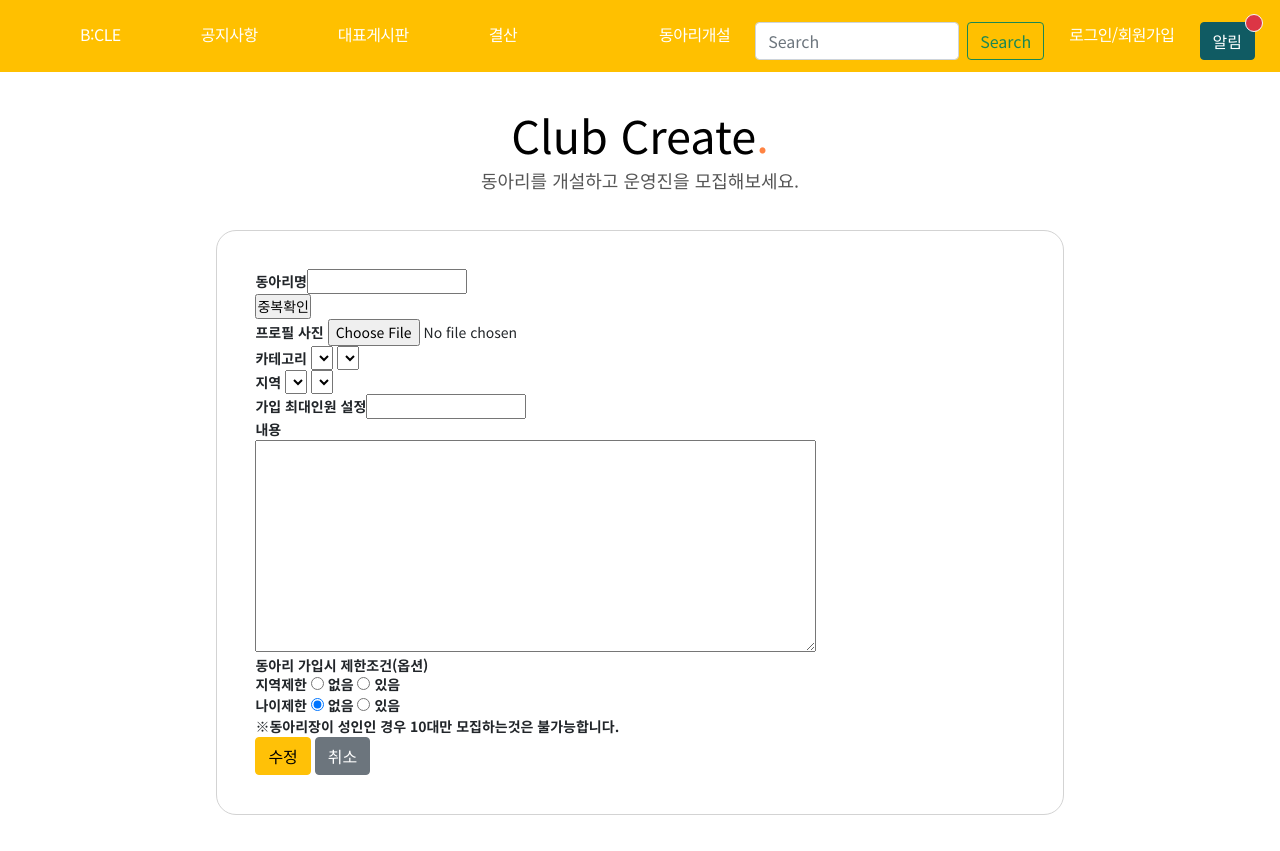
Repository: CHAEYUN7074/SpringProject
Page: http://localhost/viewpages/WEB-INF/view/PreClubUpdateForm.jsp
The author's editor kept a copy of each file at every save. The page is drawn from the files as they stood at one save, then again after the next save.
The browser window is 1280 px wide. The pictures show the whole page.
Some web fonts or font styles are not loaded; a fallback is used. The page is served by Tomcat 9. Nobody is signed in. The template is opened directly, without the code that normally fills it, so the values that code supplies are empty.

Above is the page before, as saved 2021-12-27 14:24:22.

After the next save:
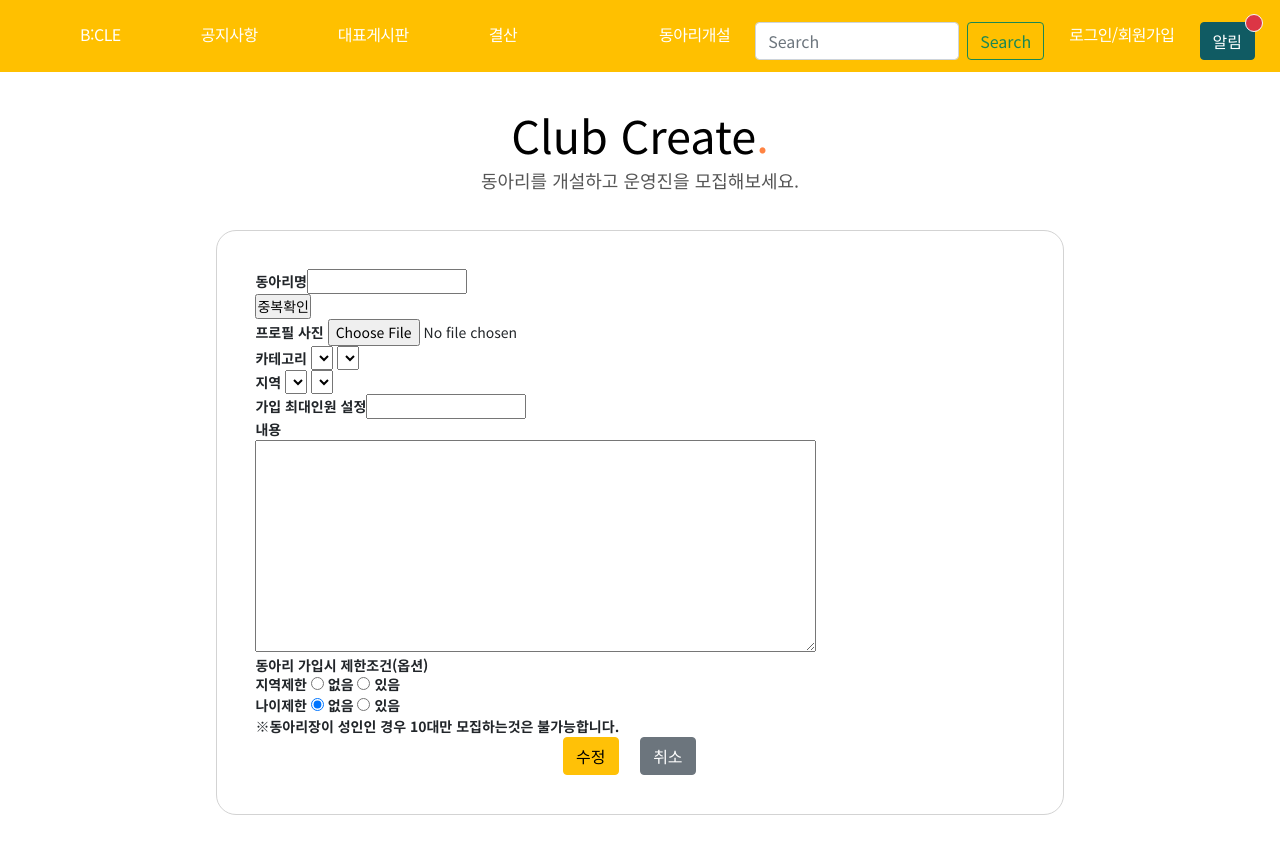
Saved 29 s later.
--- a/viewpages/WebContent/WEB-INF/view/PreClubUpdateForm.jsp
+++ b/viewpages/WebContent/WEB-INF/view/PreClubUpdateForm.jsp
@@ -26,6 +26,9 @@ String cp = request.getContextPath();
    font-weight:bold;
 }
 
+.button_set {display : flex; margin-left : 40%;}
+.button_set button {margin-right : 3vh;}
+
 
 
 </style>
